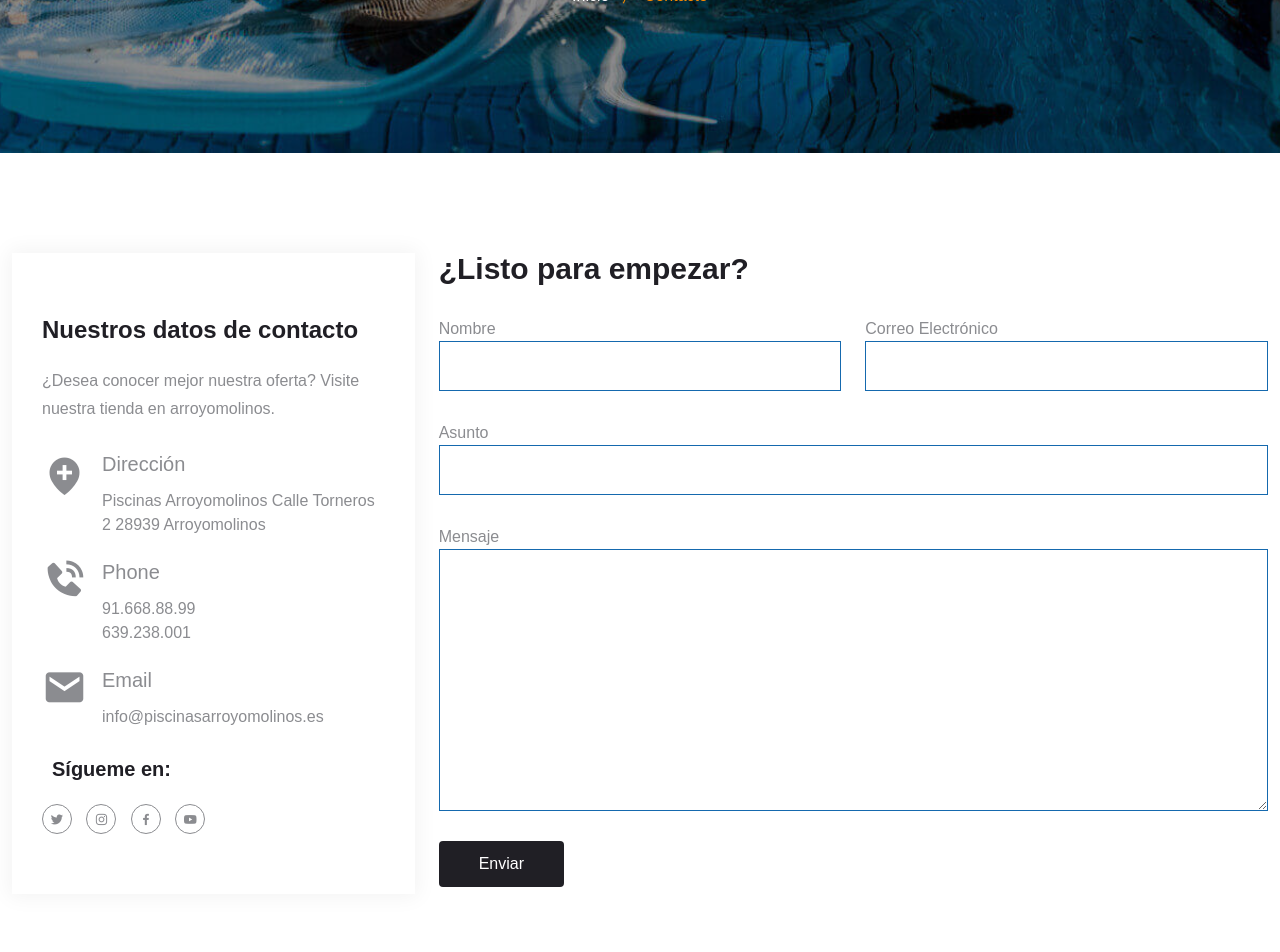
Repository: ghiovani666/piscinas
Page: http://localhost/contacto.php
The author's editor kept a copy of each file at every save. The page is drawn from the files as they stood at one save, then again after the next save.
The browser window is 1280 px wide. The pictures show the part of the page from y = 378 to 1330 px (the page is 2459 px tall before and 2575 px after).
Some web fonts or font styles are not loaded; a fallback is used. The page is run by PHP 8.4 with error messages shown; the project is at /var/www/html/.

Above is the page before, as saved 2021-09-13 19:02:25.

### contacto.php
<!doctype html>
<html lang="zxx">

<!-- Mirrored from templates.envytheme.com/Piscinas Arroyomolinos/default/services-style-three.html by HTTrack Website Copier/3.x [XR&CO'2014], Mon, 24 May 2021 17:56:04 GMT -->

<head>

    <meta charset="utf-8">
    <meta name="viewport" content="width=device-width, initial-scale=1, shrink-to-fit=no">

    <link rel="stylesheet" href="assets/css/bootstrap.min.css">

    <link rel="stylesheet" href="assets/css/owl.theme.default.min.css">

    <link rel="stylesheet" href="assets/css/owl.carousel.min.css">

    <link rel="stylesheet" href="assets/css/animate.min.css">

    <link rel="stylesheet" href="assets/css/boxicons.min.css">

    <link rel="stylesheet" href="assets/css/magnific-popup.min.css">

    <link rel="stylesheet" href="assets/css/flaticon.css">

    <link rel="stylesheet" href="assets/css/meanmenu.min.css">

    <link rel="stylesheet" href="assets/css/nice-select.min.css">

    <link rel="stylesheet" href="assets/css/odometer.min.css">

    <link rel="stylesheet" href="assets/css/style.css">

    <link rel="stylesheet" href="assets/css/responsive.css">

    <link rel="icon" type="image/png" href="assets/img/favicon.png">

    <title>Piscinas Arroyomolinos</title>
</head>

<style type="text/css">
.form-control {
    height: 50px;
    color: #ff8c00;
    border: 1px solid #1569ae;
    background-color: transparent;
    border-radius: 0;
    font-size: 16px;
    padding: 10px 20px;
    width: 100%;
}
</style>

<body>

    <div class="preloader">
        <div class="lds-ripple">
            <div></div>
            <div></div>
        </div>
    </div>


    <?php include 'header.php'; ?>


    <div class="page-title-area bg-18">
        <div class="container">
            <div class="page-title-content">
                <h2>Contacto</h2>
                <ul>
                    <li>
                        <a href="index.php">
                            Inicio
                        </a>
                    </li>
                    <li class="active">Contacto</li>
                </ul>
            </div>
        </div>
    </div>


    <section class="main-contact-area ptb-100">
        <div class="container">
            <div class="row align-items-center">
                <div class="col-lg-4">
                    <div class="contact-info">
                        <h3>Nuestros datos de contacto</h3>
                        <p>¿Desea conocer mejor nuestra oferta? Visite nuestra tienda en arroyomolinos.﻿</p>
                        <ul class="address">
                            <li class="location">
                                <i class="bx bxs-location-plus"></i>
                                <span>Dirección</span>
                                Piscinas Arroyomolinos
                                Calle Torneros 2
                                28939 Arroyomolinos
                            </li>
                            <li>
                                <i class="bx bxs-phone-call"></i>
                                <span>Phone</span>
                                <a href="javascript:void(0)"> 91.668.88.99</a>
                                <a href="javascript:void(0)"> 639.238.001</a>
                            </li>
                            <li>
                                <i class="bx bxs-envelope"></i>
                                <span>Email</span>
                                info@piscinasarroyomolinos.es
                            </li>
                        </ul>
                        <div class="sidebar-follow-us">
                            <h3>Sígueme en:</h3>
                            <ul class="social-wrap">
                                <li>
                                    <a href="#" target="_blank">
                                        <i class="bx bxl-twitter"></i>
                                    </a>
                                </li>
                                <li>
                                    <a href="#" target="_blank">
                                        <i class="bx bxl-instagram"></i>
                                    </a>
                                </li>
                                <li>
                                    <a href="#" target="_blank">
                                        <i class="bx bxl-facebook"></i>
                                    </a>
                                </li>
                                <li>
                                    <a href="#" target="_blank">
                                        <i class="bx bxl-youtube"></i>
                                    </a>
                                </li>
                            </ul>
                        </div>
                    </div>
                </div>
                <div class="col-lg-8">
                    <div class="contact-wrap">
                        <div class="contact-form">
                            <div class="contact-title">
                                <h2>¿Listo para empezar?</h2>
                            </div>
                            <form id="contactForm">
                                <div class="row">
                                    <div class="col-lg-6 col-sm-6">
                                        <div class="form-group">
                                            <label>Nombre</label>
                                            <input type="text" name="name" id="name" class="form-control" required
                                                data-error="Please enter your name">
                                            <div class="help-block with-errors"></div>
                                        </div>
                                    </div>
                                    <div class="col-lg-6 col-sm-6">
                                        <div class="form-group">
                                            <label>Correo Electrónico</label>
                                            <input type="email" name="email" id="email" class="form-control" required
                                                data-error="Please enter your email">
                                            <div class="help-block with-errors"></div>
                                        </div>
                                    </div>
                                    <div class="col-12">
                                        <div class="form-group">
                                            <label>Asunto</label>
                                            <input type="text" name="msg_subject" id="msg_subject" class="form-control"
                                                required data-error="Please enter your subject">
                                            <div class="help-block with-errors"></div>
                                        </div>
                                    </div>
                                    <div class="col-12">
                                        <div class="form-group">
                                            <label>Mensaje</label>
                                            <textarea name="message" class="form-control" id="message" cols="30"
                                                rows="10" required data-error="Write your message"></textarea>
                                            <div class="help-block with-errors"></div>
                                        </div>
                                    </div>
                                    <div class="col-lg-12 col-md-12">
                                        <button type="submit" class="default-btn">
                                            <span>Enviar</span>
                                        </button>
                                        <div id="msgSubmit" class="h3 text-center hidden"></div>
                                        <div class="clearfix"></div>
                                    </div>
                                </div>
                            </form>
                        </div>
                    </div>
                </div>
            </div>
        </div>
    </section>


    <div class="map-area">

        <iframe
            src="https://www.google.com/maps/embed?pb=!1m18!1m12!1m3!1d3042.861778890054!2d-3.9088156852416334!3d40.30102787059316!2m3!1f0!2f0!3f0!3m2!1i1024!2i768!4f13.1!3m3!1m2!1s0xd41927585c1c7eb%3A0xee30fe2623f264d4!2sCalle%20de%20Torneros%2C%202%2C%2028939%20Arroyomolinos%2C%20Madrid%2C%20Spain!5e0!3m2!1sen!2spe!4v1624423592297!5m2!1sen!2spe"></iframe>
    </div>


    <?php include 'footer.php'; ?>

    <script data-cfasync="false" src="../../cdn-cgi/scripts/5c5dd728/cloudflare-static/email-decode.min.js"></script>
    <script src="assets/js/jquery.min.js"></script>

    <script src="assets/js/bootstrap.bundle.min.js"></script>

    <script src="assets/js/meanmenu.min.js"></script>

    <script src="assets/js/wow.min.js"></script>

    <script src="assets/js/owl.carousel.min.js"></script>

    <script src="assets/js/nice-select.min.js"></script>

    <script src="assets/js/magnific-popup.min.js"></script>

    <script src="assets/js/jarallax.min.js"></script>

    <script src="assets/js/appear.min.js"></script>

    <script src="assets/js/odometer.min.js"></script>

    <script src="assets/js/form-validator.min.js"></script>

    <script src="assets/js/contact-form-script.js"></script>

    <script src="assets/js/ajaxchimp.min.js"></script>

    <script src="assets/js/custom.js"></script>
</body>

<!-- Mirrored from templates.envytheme.com/Piscinas Arroyomolinos/default/services-style-three.html by HTTrack Website Copier/3.x [XR&CO'2014], Mon, 24 May 2021 17:56:04 GMT -->
<script>
    $("#id_about_home").hide()
</script>
</html>

### footer.php
<footer class="footer-area pt-100 pb-70">
    <div class="container">
        <div class="row">
            <div class="col-lg-3 col-md-6">
                <div class="single-footer-widget">
                    <a href="#!" class="logo">
                        <img src="assets/img/logos.jpg" alt="Image"
                            style="width: 150px;">
                    </a>
                    <p>Le ofrecemos un mantenimiento anual ,servicio a domicilio.Trabajamos con las mejores marcas
                        (hayward,astral pool, piscinas coimpol..) para poder ofrecer a nuestros clientes un producto de
                        calidad.</p>
                </div>
            </div>
            <div class="col-lg-3 col-md-6">
                <div class="single-footer-widget">
                    <h3>Nuestros servicios</h3>
                    <ul class="import-link">
                        <li>
                            <a href="javascript:void(0)">Cambios de arena </a>
                        </li>
                        <li>
                            <a href="javascript:void(0)">Cambios de filtro </a>
                        </li>
                        <li>
                            <a href="javascript:void(0)">Reparaciones en general</a>
                        </li>
                        <li>
                            <a href="javascript:void(0)">Instalaciones en general</a>
                        </li>
                        <li>
                            <a href="javascript:void(0)">Proyectos piscinas</a>
                        </li>
                        <li>
                            <a href="javascript:void(0)">Mantenimientos anuales</a>
                        </li>
                    </ul>
                </div>
            </div>
            <div class="col-lg-3 col-md-6">
                <div class="single-footer-widget">
                    <h3>Enlace rápido</h3>
                    <ul class="import-link">
                        <li>
                            <a href="index.php">Inicio</a>
                        </li>
                        <li>
                            <a href="javascript:void(0)">Terminos y Condiciones </a>
                        </li>
                        <li>
                            <a href="lonas.php">Lonas</a>
                        </li>
                        <li>
                            <a href="reparaciones.php">Reparaciones e Instalaciones</a>
                        </li>
                    </ul>
                </div>
            </div>
            <div class="col-lg-3 col-md-6">
                <div class="single-footer-widget">
                    <h3>Contacto</h3>
                    <ul class="address">
                        <li class="location">
                            <i class="bx bxs-location-plus"></i>
                            Calle Torneros, 2
                            Polígono Industrial Valdefuentes
                            Arroyomolinos. 28939. Madrid.
                        </li>
                        <li>
                            <i class="bx bxs-envelope"></i>

                        </li>
                        <li>
                            <i class="bx bxs-phone-call"></i>
                            <a href="916 688 899 / 639238001">916 688 899 / 639238001</a>
                        </li>
                    </ul>
                </div>
            </div>
        </div>
    </div>
</footer>


<div class="copy-right-area">
    <div class="container">
        <p>
            Copyright <i class="bx bx-copyright"></i>2021 Piscinas Cuamar Arroyomolinos. Designed By

        </p>
    </div>
</div>


<div class="go-top">
    <i class="bx bx-chevrons-up"></i>
    <i class="bx bx-chevrons-up"></i>
</div>

### assets/css/flaticon.css
@font-face{font-family:flaticon;src:url(../fonts/Flaticon.eot);src:url(../fonts/Flaticond41d.eot?#iefix) format("embedded-opentype"),url(../fonts/Flaticon.woff2) format("woff2"),url(../fonts/Flaticon.woff) format("woff"),url(../fonts/Flaticon.ttf) format("truetype"),url(../fonts/Flaticon.html#Flaticon) format("svg");font-weight:400;font-style:normal}@media screen and (-webkit-min-device-pixel-ratio:0){@font-face{font-family:flaticon;src:url(../fonts/Flaticon.html#Flaticon) format("svg")}}[class^=flaticon-]:before,[class*=" flaticon-"]:before,[class^=flaticon-]:after,[class*=" flaticon-"]:after{font-family:Flaticon;font-style:normal}.flaticon-experience:before{content:"\f100"}.flaticon-24-hours-support:before{content:"\f101"}.flaticon-pool:before{content:"\f102"}.flaticon-email:before{content:"\f103"}.flaticon-pool-cleaning:before{content:"\f104"}.flaticon-location:before{content:"\f105"}.flaticon-straight-quotes:before{content:"\f106"}.flaticon-swimming-pool:before{content:"\f107"}.flaticon-swimming-pool-1:before{content:"\f108"}.flaticon-employees:before{content:"\f109"}.flaticon-swimming-pool-2:before{content:"\f10a"}.flaticon-temperature-control:before{content:"\f10b"}.flaticon-swimming-pool-3:before{content:"\f10c"}.flaticon-pool-1:before{content:"\f10d"}.flaticon-swimming-pool-4:before{content:"\f10e"}.flaticon-left-arrow:before{content:"\f10f"}.flaticon-right-arrow:before{content:"\f110"}.flaticon-play-button:before{content:"\f111"}.flaticon-play-button-1:before{content:"\f112"}.flaticon-user:before{content:"\f113"}.flaticon-calendar:before{content:"\f114"}

### assets/css/meanmenu.min.css
.mean-container .mean-bar{float:left;width:100%;position:absolute;background:0 0;padding:20px 0 0;z-index:999;border-bottom:1px solid rgba(0,0,0,.03);height:55px}.mean-container a.meanmenu-reveal{width:35px;height:30px;padding:12px 15px 0 0;position:absolute;right:0;cursor:pointer;color:#fff;text-decoration:none;font-size:16px;text-indent:-9999em;line-height:22px;font-size:1px;display:block;font-weight:700}.mean-container a.meanmenu-reveal span{display:block;background:#fff;height:4px;margin-top:3px;border-radius:3px}.mean-container .mean-nav{float:left;width:100%;background:#fff;margin-top:55px}.mean-container .mean-nav ul{padding:0;margin:0;width:100%;border:none;list-style-type:none}.mean-container .mean-nav ul li{position:relative;float:left;width:100%}.mean-container .mean-nav ul li a{display:block;float:left;width:90%;padding:1em 5%;margin:0;text-align:left;color:#677294;border-top:1px solid #dbeefd;text-decoration:none}.mean-container .mean-nav ul li a.active{color:#000}.mean-container .mean-nav ul li li a{width:80%;padding:1em 10%;color:#677294;border-top:1px solid #dbeefd;opacity:1;text-shadow:none!important;visibility:visible;text-transform:none;font-size:14px}.mean-container .mean-nav ul li.mean-last a{border-bottom:none;margin-bottom:0}.mean-container .mean-nav ul li li li a{width:70%;padding:1em 15%}.mean-container .mean-nav ul li li li li a{width:60%;padding:1em 20%}.mean-container .mean-nav ul li li li li li a{width:50%;padding:1em 25%}.mean-container .mean-nav ul li a:hover{background:#252525;background:rgba(255,255,255,.1)}.mean-container .mean-nav ul li a.mean-expand{margin-top:3px;width:100%;height:24px;padding:12px!important;text-align:right;position:absolute;right:0;top:0;z-index:2;font-weight:700;background:0 0;border:none!important}.mean-container .mean-push{float:left;width:100%;padding:0;margin:0;clear:both}.mean-nav .wrapper{width:100%;padding:0;margin:0}.mean-container .mean-bar,.mean-container .mean-bar *{-webkit-box-sizing:content-box;-moz-box-sizing:content-box;box-sizing:content-box}.mean-remove{display:none!important}

Loaded but not shown: assets/css/bootstrap.min.css (library); assets/css/owl.theme.default.min.css (common file); assets/css/owl.carousel.min.css (library); assets/css/animate.min.css (library); assets/css/boxicons.min.css (library); assets/css/magnific-popup.min.css (library); assets/css/nice-select.min.css (library); assets/css/odometer.min.css (library); assets/css/style.css (library); assets/css/responsive.css (library); assets/js/jquery.min.js (library); assets/js/bootstrap.bundle.min.js (library); assets/js/meanmenu.min.js (library); assets/js/wow.min.js (library); assets/js/owl.carousel.min.js (library); assets/js/nice-select.min.js (common file); assets/js/magnific-popup.min.js (library); assets/js/jarallax.min.js (library); assets/js/appear.min.js (common file); assets/js/odometer.min.js (library); assets/js/form-validator.min.js (library); assets/js/ajaxchimp.min.js (common file); assets/js/custom.js (library); assets/js/contact-form-script.js (5 lines, source omitted); header.php (262 lines, source omitted)

After the next save:
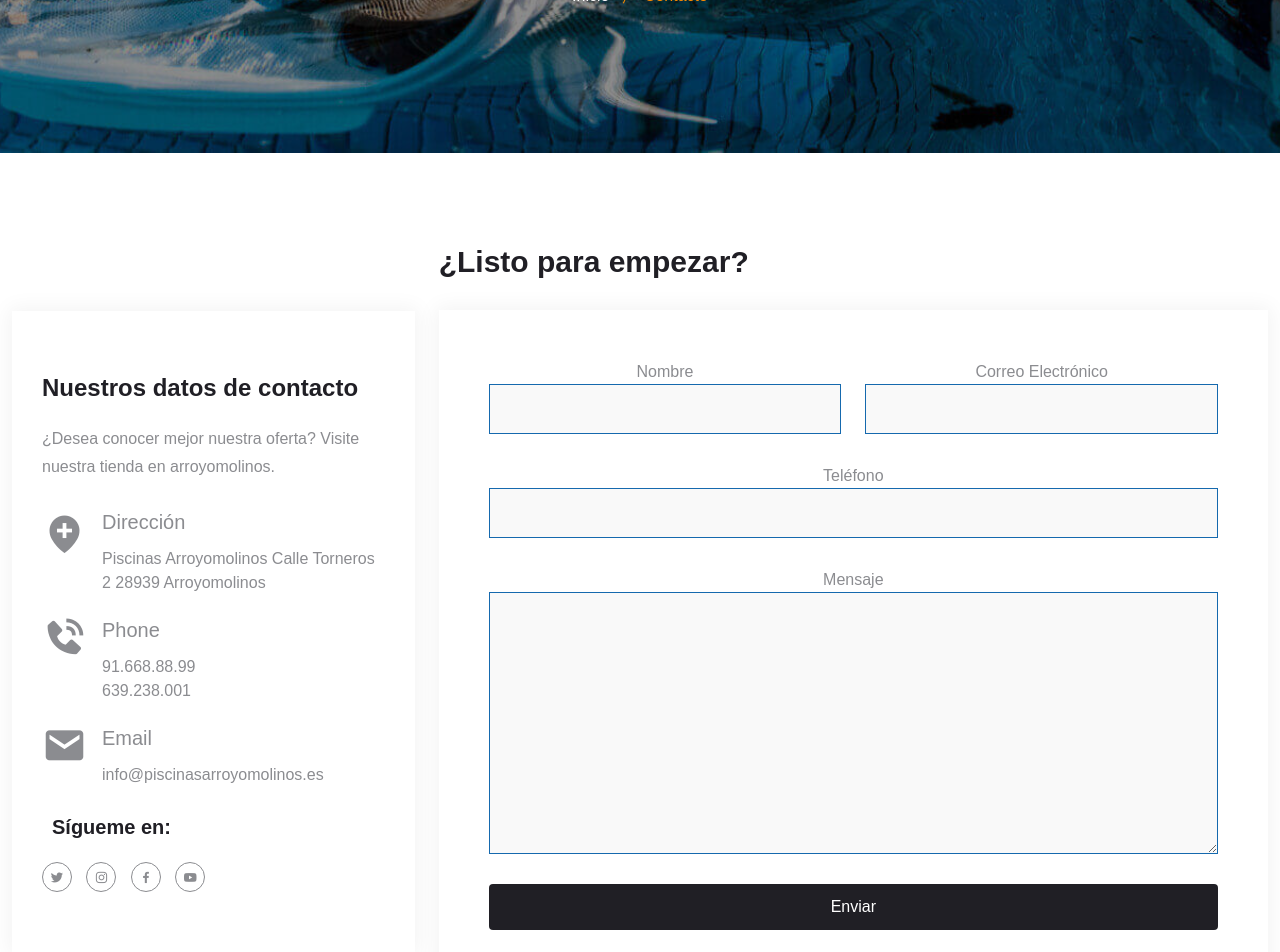
Saved 33 days later.
--- a/contacto.php
+++ b/contacto.php
@@ -140,12 +140,12 @@
                             <div class="contact-title">
                                 <h2>¿Listo para empezar?</h2>
                             </div>
-                            <form id="contactForm">
+                            <form class="we-area-form" id="myform2" method="post">
                                 <div class="row">
                                     <div class="col-lg-6 col-sm-6">
                                         <div class="form-group">
                                             <label>Nombre</label>
-                                            <input type="text" name="name" id="name" class="form-control" required
+                                            <input type="text" name="txt_contac_nombre" id="name" class="form-control" required
                                                 data-error="Please enter your name">
                                             <div class="help-block with-errors"></div>
                                         </div>
@@ -153,15 +153,15 @@
                                     <div class="col-lg-6 col-sm-6">
                                         <div class="form-group">
                                             <label>Correo Electrónico</label>
-                                            <input type="email" name="email" id="email" class="form-control" required
+                                            <input type="email" name="txt_contac_email" id="email" class="form-control" required
                                                 data-error="Please enter your email">
                                             <div class="help-block with-errors"></div>
                                         </div>
                                     </div>
                                     <div class="col-12">
                                         <div class="form-group">
-                                            <label>Asunto</label>
-                                            <input type="text" name="msg_subject" id="msg_subject" class="form-control"
+                                            <label>Teléfono</label>
+                                            <input type="text" name="txt_contac_telefono" id="msg_subject" class="form-control"
                                                 required data-error="Please enter your subject">
                                             <div class="help-block with-errors"></div>
                                         </div>
@@ -169,7 +169,7 @@
                                     <div class="col-12">
                                         <div class="form-group">
                                             <label>Mensaje</label>
-                                            <textarea name="message" class="form-control" id="message" cols="30"
+                                            <textarea  name="txt_contac_mensaje" id="message" class="form-control"cols="30"
                                                 rows="10" required data-error="Write your message"></textarea>
                                             <div class="help-block with-errors"></div>
                                         </div>
@@ -228,6 +228,7 @@
     <script src="assets/js/ajaxchimp.min.js"></script>
 
     <script src="assets/js/custom.js"></script>
+    <script src="https://cdn.jsdelivr.net/npm/sweetalert2@10/dist/sweetalert2.all.min.js"></script>
 </body>
 
 <!-- Mirrored from templates.envytheme.com/Piscinas Arroyomolinos/default/services-style-three.html by HTTrack Website Copier/3.x [XR&CO'2014], Mon, 24 May 2021 17:56:04 GMT -->
